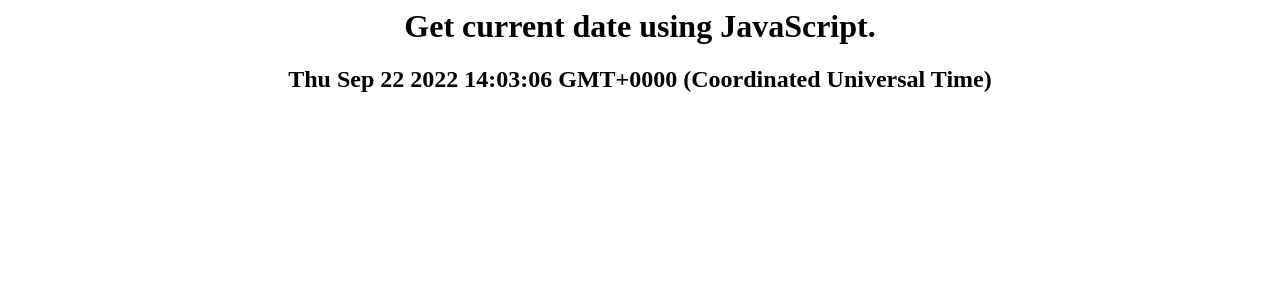
Repository: HoangDuy315/web-dev2022
Page: hw151022/ex1/ex1.html
An editor plug-in stored every save of this project. The page is shown before and after the next save, followed by the edit.
The browser window is 1280 px wide. The pictures show the whole page.

Above is the page before, as saved 2022-10-15 12:06:53.

After the next save:
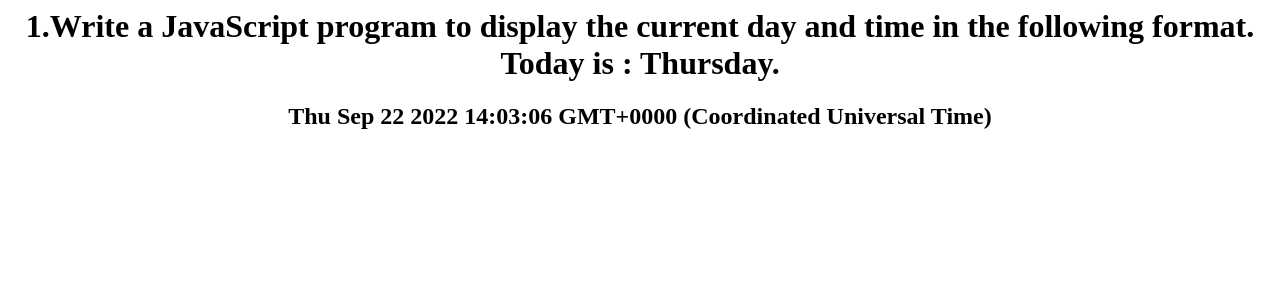
Saved 31 s later.
--- a/hw151022/ex1/ex1.html
+++ b/hw151022/ex1/ex1.html
@@ -14,7 +14,10 @@
   </script>
 
   <body onLoad="getCurrentDate()" style="text-align: center">
-    <h1>Get current date using JavaScript.</h1>
+    <h1>
+      1.Write a JavaScript program to display the current day and time in the
+      following format. Today is : Thursday.
+    </h1>
 
     <!--Here date and time will display-->
 
